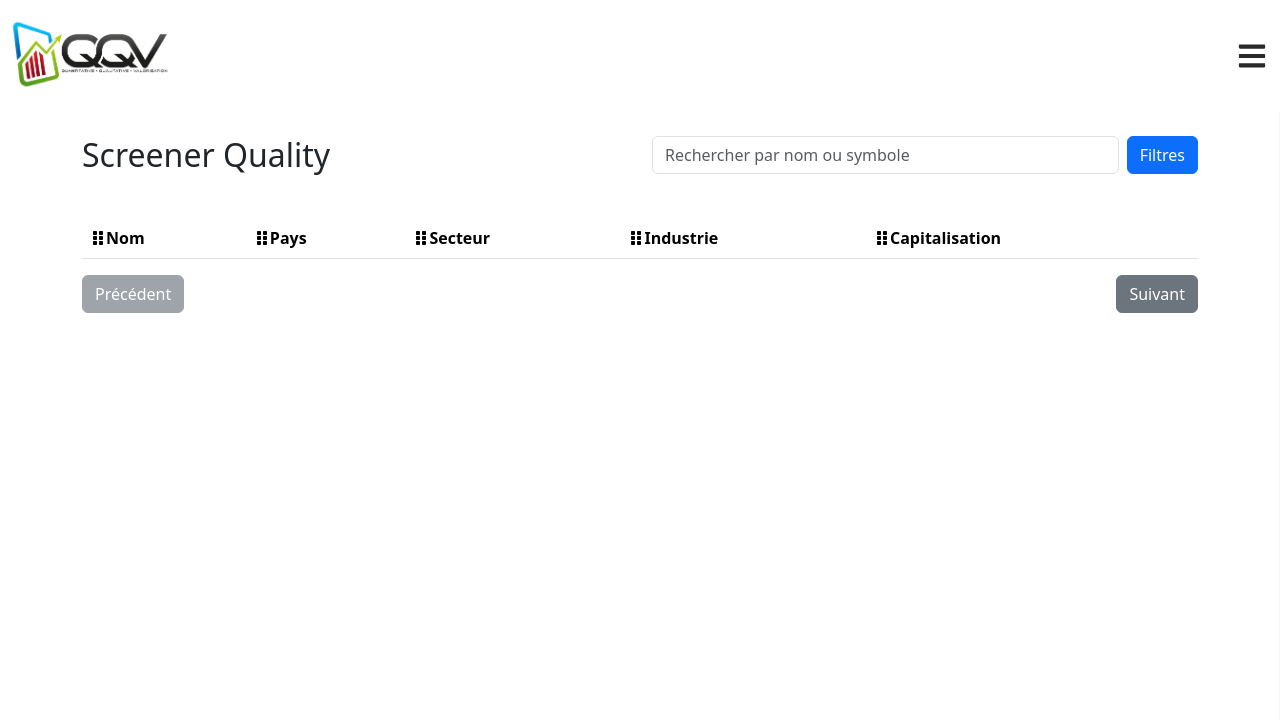
Repository: adamaadev/comeup
Page: / (app in admin/)
An editor plug-in stored every save of this project. The page is shown before and after the next save, followed by the edit.
The browser window is 1280 px wide. The pictures show the whole page.
The page's requests for data from a server got no answer. The project was rebuilt for these pictures with package versions that can differ from the ones it lists, and the page was loaded fresh each time. No one was signed in, and anything a server would have sent is missing. Also part of the build but not shown: admin/src/pages/Auth/Login.js, admin/src/pages/Home/Watchlist.js, admin/src/pages/Home/Prix.js, admin/src/pages/Home/Douve.js, admin/src/pages/Home/Scenario.js, admin/src/pages/Services/Questions.js, admin/src/pages/Home/Analyse.js, admin/src/pages/Home/Foire.js and 9 more.

Above is the page before, as saved 2024-09-09 17:06:44.

### admin/public/index.html
<!DOCTYPE html>
<html lang="en">
  <head>
    <meta charset="utf-8" />
    <link rel="icon" href="%PUBLIC_URL%/favicon.ico" />
    <meta name="viewport" content="width=device-width, initial-scale=1" />
    <meta name="theme-color" content="#000000" />
    <meta
      name="description"
      content="Web site created using create-react-app"
    />
    <link rel="apple-touch-icon" href="%PUBLIC_URL%/logo192.png" />
    <link href='https://cdn.jsdelivr.net/npm/boxicons@2.0.9/css/boxicons.min.css' rel='stylesheet'>

    <!--
      manifest.json provides metadata used when your web app is installed on a
      user's mobile device or desktop. See https://developers.google.com/web/fundamentals/web-app-manifest/
    -->
    <link rel="manifest" href="%PUBLIC_URL%/manifest.json" />
    <!--
      Notice the use of %PUBLIC_URL% in the tags above.
      It will be replaced with the URL of the `public` folder during the build.
      Only files inside the `public` folder can be referenced from the HTML.

      Unlike "/favicon.ico" or "favicon.ico", "%PUBLIC_URL%/favicon.ico" will
      work correctly both with client-side routing and a non-root public URL.
      Learn how to configure a non-root public URL by running `npm run build`.
    -->
    <title>React App</title>
  </head>
  <body>
    <noscript>You need to enable JavaScript to run this app.</noscript>
    <div id="root"></div>
    <!--
      This HTML file is a template.
      If you open it directly in the browser, you will see an empty page.

      You can add webfonts, meta tags, or analytics to this file.
      The build step will place the bundled scripts into the <body> tag.

      To begin the development, run `npm start` or `yarn start`.
      To create a production bundle, use `npm run build` or `yarn build`.
    -->
  </body>
</html>

### admin/src/index.js
import React from 'react';
import App from './App';
import './pages/style/index.css';
import ReactDOM from 'react-dom/client';
import 'bootstrap/dist/css/bootstrap.min.css';

const root = ReactDOM.createRoot(document.getElementById('root'));
root.render(
    <App />
);

### admin/src/App.js
import React, { useEffect, useState } from 'react'
import axios from 'axios';
import Home from './pages/Home/Home';
import Login from './pages/Auth/Login';
import WatchList from './pages/Home/Watchlist';
import Details from './pages/Home/Details';
import Setting from './pages/Home/Setting';
import Forget from './pages/Auth/Forget';
import Screener from './pages/Home/Screener';
import ResetPassword from './pages/Auth/ResetPassword';
import Signup from './pages/Auth/Signup';
import Gestion from './pages/Home/Gestion';
import { BrowserRouter , Routes , Route , Navigate} from 'react-router-dom';
import Bareme from './pages/Home/Bareme';

export default function App() {
  const [auth, setauth] = useState(false);
  const type = "admin";

  axios.defaults.withCredentials = true;
  useEffect(() => {
    axios.post('http://localhost:4000/',{ type }).then(res => {
      if (res.data.success) {
        setauth(true);
      }
    });
  }, []);

  return (
    <BrowserRouter>
      <Routes>
        <Route path='/' element = { <Home/> }>
          <Route path='/' element = {<Screener/> }/>
          <Route path='/watchlist' element = {<WatchList/>}/>
          <Route path='/gestion' element = {<Gestion/>}/>
          <Route path='/details/:symbol' element = {<Details/>}/>
          <Route path='/compte' element = {<Setting/>}/>
          <Route path='/bareme' element={<Bareme/>}/>
        </Route>
        <Route path='/forget' element = {auth ? <Navigate to="/" /> : <Forget/>}/>
        <Route path='/reset-password/:token' element = {auth ? <Navigate to="/" /> : <ResetPassword/>}/>
        <Route path='/login' element = {auth ? <Navigate to="/" /> :<Login />}/>
        <Route path='*' element = { auth ? <Navigate to="/" /> : <Login />}/>
        <Route path='/signup' element = { auth ? <Navigate to="/" /> : <Signup />}/>
      </Routes>
    </BrowserRouter>
  )
}

### admin/src/pages/style/index.css
.active{
    color: red;
}

  .table th {
    height: 60px; /* Hauteur fixe pour les th */
  }

  @media (max-width: 768px) {
    .table-responsive {
      overflow-x: auto;
    }

    .table th, .table td {
      font-size: 14px;
      height: auto;
    }

    .company-logo {
      width: 40px;
      height: 40px;
    }
  }
  .text-center {
    text-align: center;
  }

  .symbol{
    font-weight: bold;
  }

.kilo{
    display: inline-block;
  }

  .sidebar {
    transform: translateX(100%);
    transition: transform 0.3s ease-in-out;
  }

  .sidebar.open {
    transform: translateX(0);
  }

  .header-shadow {
    box-shadow: 0 2px 4px rgba(0,0,0,.1);
  }

  header{
    width: 100% !important;
  }

  .company-logo {
    width: 50px;
    height: 50px;
  }

  .nav-link {
    color: #6c757d; /* Couleur des onglets inactifs */
    font-weight: bold;
  }

  .nav-link.active {
    color: #007bff; /* Couleur de l'onglet actif */
    border-bottom: 3px solid #007bff; /* Soulignement bleu pour l'onglet actif */
  }

  .nav-link:hover {
    color: #0056b3; /* Changement de couleur au survol */
  }

  button.btn {
    display: flex;
    align-items: center;
    gap: 5px;
  }
  .container {
    .company-name {
      font-size: 1.5rem;
      font-weight: bold;
    }
    .stock-price {
      font-size: 1.2rem;
      color: #666;
    }
    .nav-tabs {
      border-bottom: 2px solid #dee2e6;
      .nav-link {
        color: #000;
        &.active {
          font-weight: bold;
          color: #007bff;
          border-bottom: 3px solid #007bff;
        }
      }
    }
    .chart-section {
      width: 70%;
      padding-right: 20px;
    }
    .info-section {
      width: 30%;
      background-color: #f8f9fa;
      padding: 20px;
      height: max-content;
      border-radius: 5px;
    }
  }

  .chart-container {
    position: relative;
    display: flex;
    flex-direction: column;
    align-items: center;
  }

  .chart-wrapper {
    position: relative;
    width: 100%;
    height: 400px;
  }

  .logo-overlay {
    position: absolute;
    top: 50%;
    left: 50%;
    width: 150px;
    height: 150px;
    transform: translate(-50%, -50%);
    pointer-events: none;
  }

  .grid-container {
    display: flex;
    flex-wrap: wrap;
    gap: 20px; /* Espacement entre les colonnes */
  }

  .grid-container ul {
    list-style-type: none;
    padding: 0;
    margin: 0;
    width: 45%; /* Chaque liste prendra environ la moitié de la largeur */
  }

  .grid-container h2 {
    width: 100%; /* Les titres prendront toute la largeur */
  }

  li {
    margin-bottom: 10px; /* Espacement entre les éléments */
  }

### admin/src/pages/Home/Home.js
import { useState, useEffect } from 'react';
import axios from 'axios';
import logo from '../Assets/logo.jpg';
import { Link, NavLink, Outlet, useNavigate } from 'react-router-dom';
import { FaBars, FaTimes } from 'react-icons/fa';
import 'bootstrap/dist/css/bootstrap.min.css'; // Import Bootstrap CSS

export default function Home() {
  const type = "admin";
  const navigate = useNavigate();
  const [name, setName] = useState('');
  const [isSidebarOpen, setIsSidebarOpen] = useState(true);
  const [hasScrolled, setHasScrolled] = useState(false);

  useEffect(() => {
    axios.post('http://localhost:4000/', { type })
      .then(res => {
        setName(res.data.username);
        if (!res.data.success) {
          navigate('/login');
        }
      });
  }, [navigate]);

  useEffect(() => {
    const handleScroll = () => {
      setHasScrolled(window.scrollY > 0);
    };

    window.addEventListener('scroll', handleScroll);
    return () => {
      window.removeEventListener('scroll', handleScroll);
    };
  }, []);

  const handleLogout = () => {
    axios.post('http://localhost:4000/logout', { type })
      .then(res => {
        if (res.data.success) {
          window.location.reload(true);
        }
      });
  };

  return (
    <div className="d-flex">
      <div className="flex-grow-1 p-3">
        <header className={`d-flex justify-content-between align-items-center py-3 fixed-top w-100 ${hasScrolled ? 'shadow-sm' : ''} bg-white`}>
          <NavLink to="/" style={{ textDecoration: 'none' }}>
            <img src={logo} className="img-fluid" style={{ maxWidth: '180px', height: 'auto' }} alt="Logo" />
          </NavLink>
          <button onClick={() => setIsSidebarOpen(!isSidebarOpen)} className="btn btn-link d-flex align-items-center">
            <FaBars color='#2a2a2a' size={30} />
          </button>
        </header>
        <div className="mt-5 pt-5"> {/* Adjusted margin to avoid overlap */}
          <Outlet />
        </div>
      </div>
      <aside className={`bg-light border-start p-3 position-fixed top-0 end-0 vh-100 ${isSidebarOpen ? 'd-block' : 'd-none'} sidebar`}>
        <button onClick={() => setIsSidebarOpen(false)} className="btn btn-link position-absolute top-0 end-0 m-3">
          <FaTimes size={30} />
        </button>
        <nav className="d-flex flex-column mt-5">
          <NavLink to={'/watchlist'} className="mb-3 text-dark" style={{ textDecoration: 'none' }}>Watchlist</NavLink>
          <NavLink to={'/bareme'} className="mb-3 text-dark" style={{ textDecoration: 'none' }}>Bareme</NavLink>
          <NavLink to={'/gestion'} className="mb-3 text-dark" style={{ textDecoration: 'none' }}>Emails Clients</NavLink>
          <NavLink to={'/compte'} className="mb-3 text-dark" style={{ textDecoration: 'none' }}>Compte</NavLink>
          <Link onClick={handleLogout} className="mb-3 text-dark" style={{ textDecoration: 'none' }}>Déconnexion</Link>
        </nav>
      </aside>
    </div>
  );
}

Loaded but not shown: admin/src/pages/Home/Screener.js (395 lines, source omitted)

After the next save:
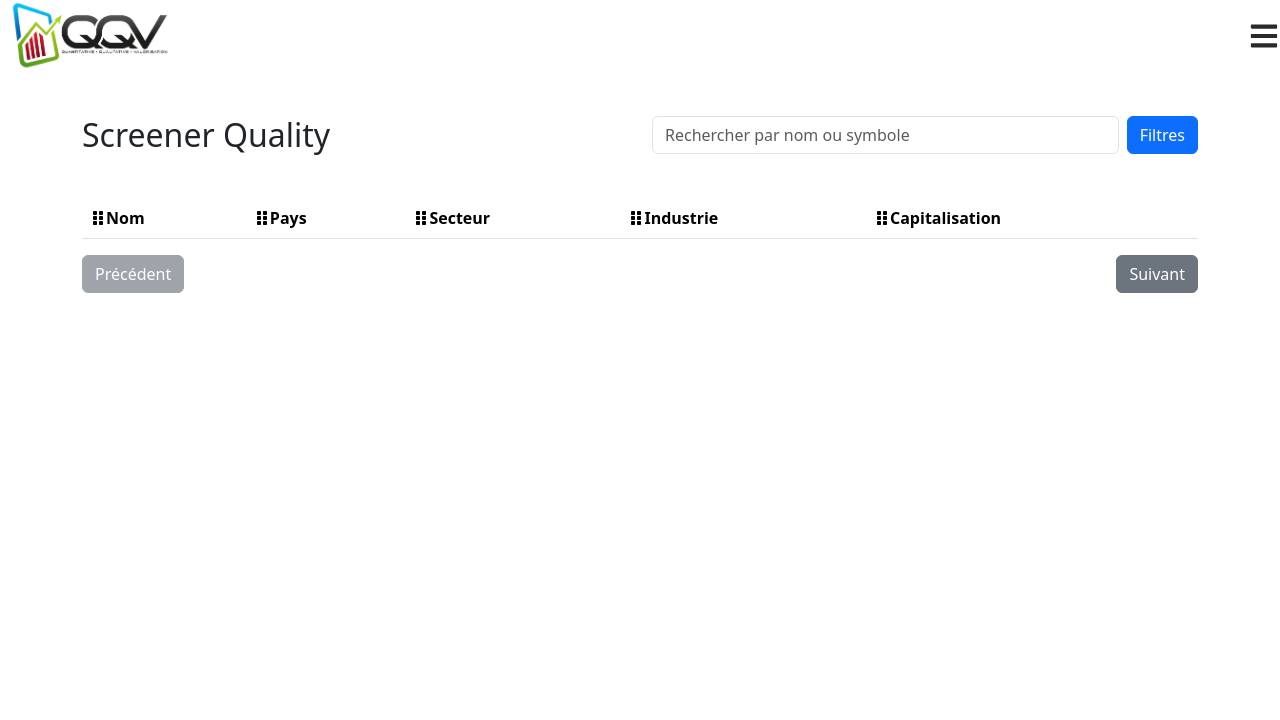
Saved 16 s later.
--- a/admin/src/pages/Home/Home.js
+++ b/admin/src/pages/Home/Home.js
@@ -2,14 +2,14 @@ import { useState, useEffect } from 'react';
 import axios from 'axios';
 import logo from '../Assets/logo.jpg';
 import { Link, NavLink, Outlet, useNavigate } from 'react-router-dom';
-import { FaBars, FaTimes } from 'react-icons/fa';
-import 'bootstrap/dist/css/bootstrap.min.css'; // Import Bootstrap CSS
+import { FaChevronDown, FaChevronUp, FaBars, FaTimes } from 'react-icons/fa';
 
 export default function Home() {
   const type = "admin";
   const navigate = useNavigate();
   const [name, setName] = useState('');
-  const [isSidebarOpen, setIsSidebarOpen] = useState(true);
+  const [isMenuOpen, setIsMenuOpen] = useState(false);
+  const [isSidebarOpen, setIsSidebarOpen] = useState(false);
   const [hasScrolled, setHasScrolled] = useState(false);
 
   useEffect(() => {
@@ -24,7 +24,11 @@ export default function Home() {
 
   useEffect(() => {
     const handleScroll = () => {
-      setHasScrolled(window.scrollY > 0);
+      if (window.scrollY > 0) {
+        setHasScrolled(true);
+      } else {
+        setHasScrolled(false);
+      }
     };
 
     window.addEventListener('scroll', handleScroll);
@@ -45,30 +49,32 @@ export default function Home() {
   return (
     <div className="d-flex">
       <div className="flex-grow-1 p-3">
-        <header className={`d-flex justify-content-between align-items-center py-3 fixed-top w-100 ${hasScrolled ? 'shadow-sm' : ''} bg-white`}>
+        <header className={`d-flex justify-content-between align-items-center py-3 ${hasScrolled ? 'header-shadow' : ''}`} style={{ position: 'fixed', top: 0, left: 0, width: '100%', height: "10%", backgroundColor: '#fff', zIndex: 1000 }}>
           <NavLink to="/" style={{ textDecoration: 'none' }}>
-            <img src={logo} className="img-fluid" style={{ maxWidth: '180px', height: 'auto' }} alt="Logo" />
+            <img src={logo} style={{ maxWidth: '180px', maxHeight: '180px', display: 'block', margin: '0 auto' }} alt="Logo" />
           </NavLink>
-          <button onClick={() => setIsSidebarOpen(!isSidebarOpen)} className="btn btn-link d-flex align-items-center">
+          <button onClick={() => setIsSidebarOpen(!isSidebarOpen)} className="btn btn-link p-0 d-flex align-items-center">
             <FaBars color='#2a2a2a' size={30} />
           </button>
         </header>
-        <div className="mt-5 pt-5"> {/* Adjusted margin to avoid overlap */}
+        <div style={{ marginTop: '100px' }}>
           <Outlet />
         </div>
       </div>
-      <aside className={`bg-light border-start p-3 position-fixed top-0 end-0 vh-100 ${isSidebarOpen ? 'd-block' : 'd-none'} sidebar`}>
-        <button onClick={() => setIsSidebarOpen(false)} className="btn btn-link position-absolute top-0 end-0 m-3">
-          <FaTimes size={30} />
-        </button>
-        <nav className="d-flex flex-column mt-5">
-          <NavLink to={'/watchlist'} className="mb-3 text-dark" style={{ textDecoration: 'none' }}>Watchlist</NavLink>
-          <NavLink to={'/bareme'} className="mb-3 text-dark" style={{ textDecoration: 'none' }}>Bareme</NavLink>
-          <NavLink to={'/gestion'} className="mb-3 text-dark" style={{ textDecoration: 'none' }}>Emails Clients</NavLink>
-          <NavLink to={'/compte'} className="mb-3 text-dark" style={{ textDecoration: 'none' }}>Compte</NavLink>
-          <Link onClick={handleLogout} className="mb-3 text-dark" style={{ textDecoration: 'none' }}>Déconnexion</Link>
-        </nav>
-      </aside>
+      {isSidebarOpen && (
+        <aside className={`bg-light border-start p-3 position-fixed top-0 end-0 vh-100 sidebar ${isSidebarOpen ? 'open' : ''}`} style={{ minWidth: '250px', zIndex: '1000' }}>
+          <button onClick={() => setIsSidebarOpen(false)} className="btn btn-link p-0 position-absolute top-0 end-0 m-3">
+            <FaTimes size={30} />
+          </button>
+          <nav className="d-flex flex-column mt-5">
+            <NavLink to={'/watchlist'} style={{ textDecoration: 'none' }} className="mb-3">Watchlist</NavLink>
+            <NavLink to={'/bareme'} style={{ textDecoration: 'none' }} className="mb-3">Bareme</NavLink>
+            <NavLink to={'/gestion'} style={{ textDecoration: 'none' }} className="mb-3">Emails Clients</NavLink>
+            <NavLink to={'/compte'} style={{ textDecoration: 'none' }} className="mb-3">Compte</NavLink>
+            <Link onClick={handleLogout} style={{ textDecoration: 'none' }} className="mb-3">Compte</Link>
+          </nav>
+        </aside>
+      )}
     </div>
   );
 }
